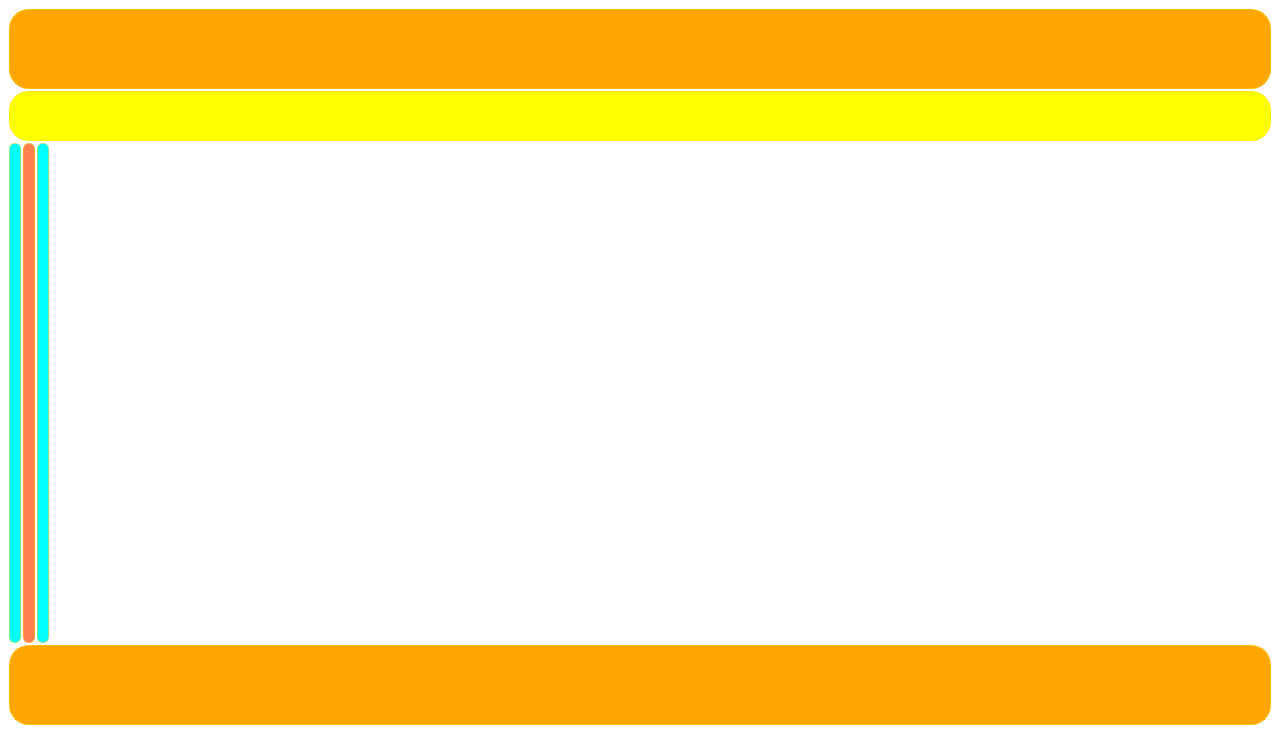
Repository: seonyeob94/BasicWeb
Page: webpro/src/main/webapp/0313/레이아웃_flex.html
The author's editor kept a copy of each file at every save. The page is drawn from the files as they stood at one save, then again after the next save.
The browser window is 1280 px wide. The pictures show the whole page.

Above is the page before, as saved 2025-03-13 02:48:37.

### webpro/src/main/webapp/0313/레이아웃_flex.html
<!DOCTYPE html>
<html>
<head>
<meta charset="UTF-8">
<title>Insert title here</title>
<style type="text/css">
body *{
  box-sizing: border-box;
}
#top{
  display: flex;
  flex-direction: column;
}
header,aside,section,footer,nav{
  border: 1px dotted gold;
  margin: 1px;
  padding: 5px;
  border-radius: 20px;
}
header,footer, nav{
  height: 50px;
  background: orange;
}
header{
  height: 80px;
}
nav{
  background: yellow;
}
aside,section{
  height: 500px;
}
section{
  background: coral;
}
aside{
  background: cyan;
}
#content{
  display: flex;
  flex-direction: row;
}

</style>
</head>
<body>
<div id="top">
  <header></header>
  <nav></nav>
  <div id="content">
    <aside></aside>
    <section></section>
    <aside></aside>
  </div>
  <header></header>
</div>
</body>
</html>

After the next save:
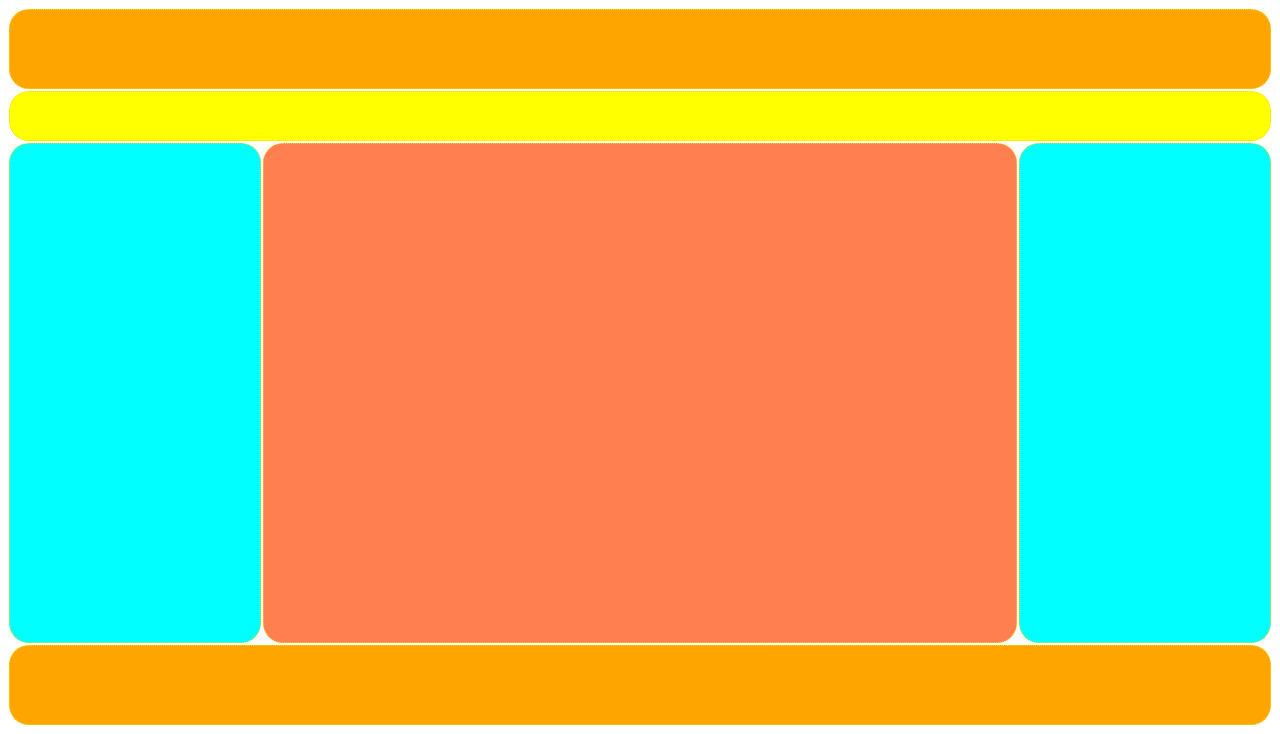
Saved 46 s later.
--- a/webpro/src/main/webapp/0313/레이아웃_flex.html
+++ b/webpro/src/main/webapp/0313/레이아웃_flex.html
@@ -32,9 +32,11 @@ aside,section{
 }
 section{
   background: coral;
+  flex: 60%;
 }
 aside{
   background: cyan;
+  flex: 20%;
 }
 #content{
   display: flex;
